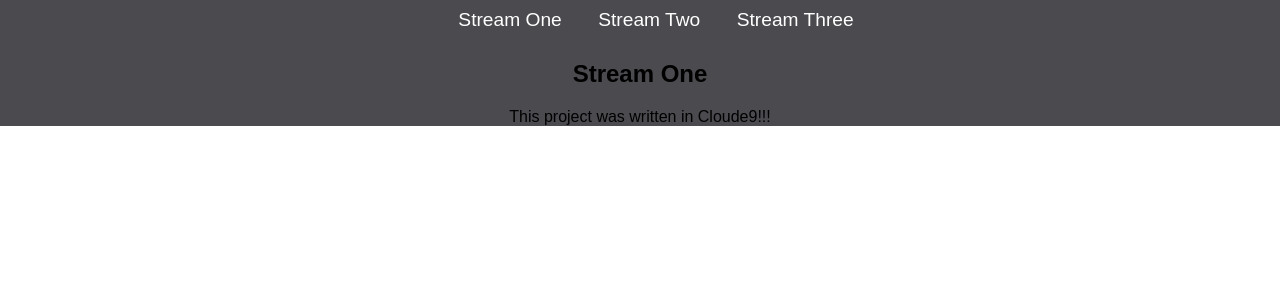
Repository: robibrutoczki/my-first-website
Page: stream-one.html
The author's editor kept a record of every edit. The page is drawn from the files as they stood at one moment, then again after the next edit.
The browser window is 1280 px wide. The pictures show the whole page.
The pointer rests on the first visible `nav a`.

Above is the page before.

### stream-one.html
<!DOCTYPE html>
<html>
    <head>
        <title>Stream One</title>
        <link rel="stylesheet" href="css/style.css" type="text/css" />
    </head>
    <body>
      <nav>
          <ul>
              <li><a href="stream-one.html">Stream One</a></li>
              <li><a href="stream-two.html">Stream Two</a></li>
              <li><a href="stream-three.html">Stream Three</a></li>
              <h1>Stream One</h1>
              <p>This project was written in Cloude9!!!</p>
          </ul>
      </nav>
    </body>
</html>

### css/style.css
body{margin: 0;
     padding: 0;
     font-family: 'Oswald',sans-serif;}

     nav ul{
         list-style: none;
     background-color: #4a4a4f;
     text-align: center;
     margin: 0;
     padding: 0;}
     nav li {
         font-size: 1.2em;
     line-height: 40px;
     height: 40;
     display: inline-block;
     margin-left: 2.5%;

     }
     nav a {
         text-decoration: none;
     color: #ffffff;
     display: block;}

After the next edit:
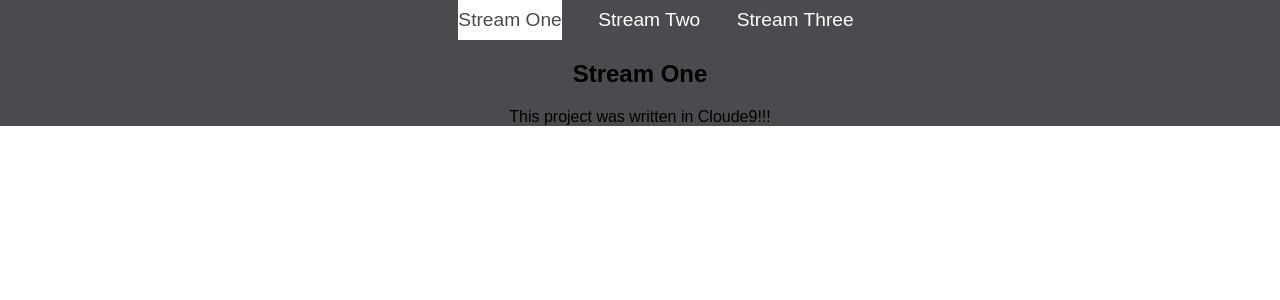
The edit:
--- a/css/style.css
+++ b/css/style.css
@@ -20,3 +20,6 @@
          text-decoration: none;
      color: #ffffff;
      display: block;}
+     nav a:hover{
+         background-color: #ffffff;
+     color: #4a4a4f;}
